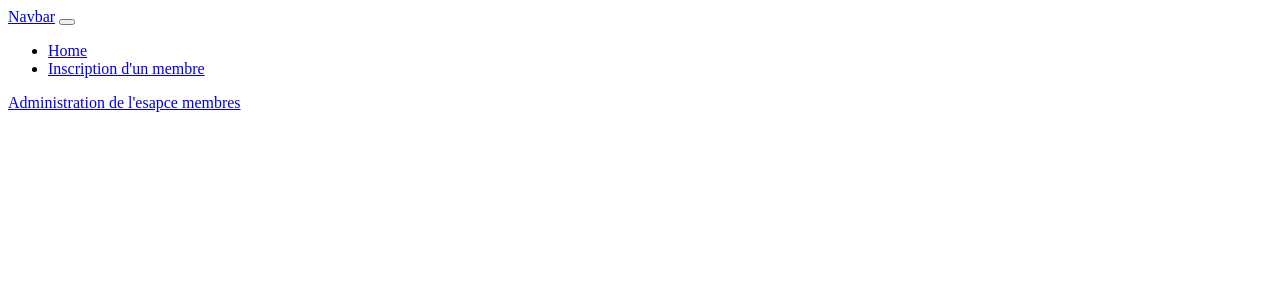
Repository: arione15/Ud-Mast_PHP_POO_espace_membre
Page: http://localhost/
An editor plug-in stored every save of this project. The page is shown before and after the next save, followed by the edit.
The browser window is 1280 px wide. The pictures show the whole page.
The page is run by PHP 8.4 with error messages shown; the project is at /var/www/html/.

Above is the page before, as saved 2021-07-31 11:45:39.

### index.php
<!DOCTYPE html>
<html lang="en">
<head>
    <meta charset="UTF-8">
    <meta http-equiv="X-UA-Compatible" content="IE=edge">
    <meta name="viewport" content="width=device-width, initial-scale=1.0">
    <title>Document</title>
</head>
<body>
<nav class="navbar navbar-expand-lg navbar-light bg-light">
  <div class="container-fluid">
    <a class="navbar-brand" href="#">Navbar</a>
    <button class="navbar-toggler" type="button" data-bs-toggle="collapse" data-bs-target="#navbarSupportedContent" aria-controls="navbarSupportedContent" aria-expanded="false" aria-label="Toggle navigation">
      <span class="navbar-toggler-icon"></span>
    </button>
    <div class="collapse navbar-collapse" id="navbarSupportedContent">
      <ul class="navbar-nav me-auto mb-2 mb-lg-0">
        <li class="nav-item">
          <a class="nav-link" aria-current="page" href="#">Home</a>
        </li>
        <li class="nav-item">
          <a class="nav-link" href="inscription.php">Inscription d'un membre</a>
        </li>

      </ul>

    </div>
  </div>
</nav>



    <a href="administration.php">Administration de l'esapce membres</a>
</body>
</html>

After the next save:
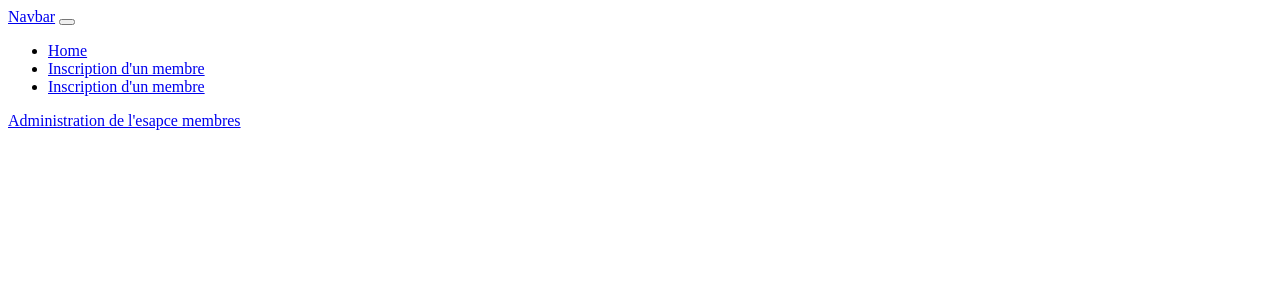
Saved 4 s later.
--- a/index.php
+++ b/index.php
@@ -21,6 +21,9 @@
         <li class="nav-item">
           <a class="nav-link" href="inscription.php">Inscription d'un membre</a>
         </li>
+        <li class="nav-item">
+          <a class="nav-link" href="inscription.php">Inscription d'un membre</a>
+        </li>
 
       </ul>
 
